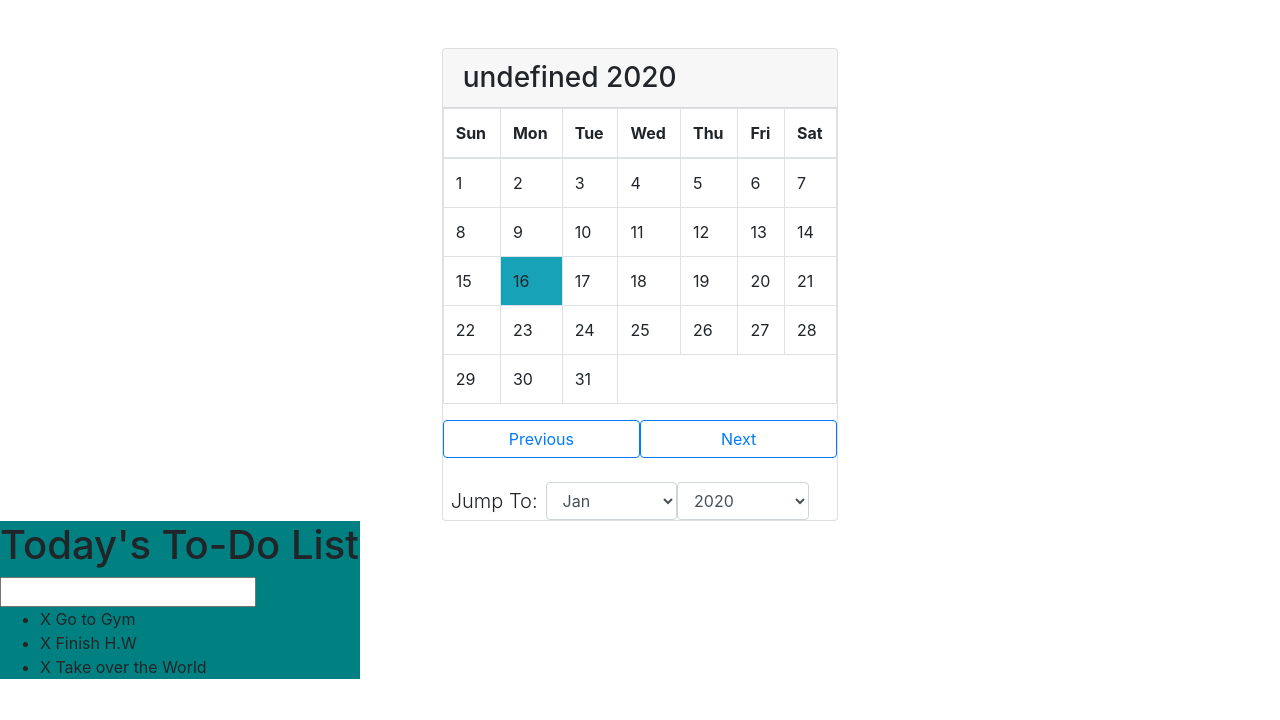
Repository: kkyler24/DayPlanner
Page: Index.html
These files come from the project's save history. The page is drawn as it stood at one moment and after the next save; the edit follows.
The browser window is 1280 px wide. The pictures show the whole page.
Some web libraries are served in a nearby version.

Above is the page before, as saved 2020-03-25 16:28:41.

### Index.html
<!DOCTYPE html>
<html lang="en">
<head>
    <meta charset="UTF-8">
    <meta name="viewport" content="width=device-width, initial-scale=1.0">
    <script type="text/javascript" src="Assets/todoJS/Lib/jquery-3.4.1.min.js" ></script>
    <!-- Style Sheets -->
    <link rel="stylesheet" href="https://maxcdn.bootstrapcdn.com/bootstrap/4.0.0/css/bootstrap.min.css" integrity="sha384-Gn5384xqQ1aoWXA+058RXPxPg6fy4IWvTNh0E263XmFcJlSAwiGgFAW/dAiS6JXm" crossorigin="anonymous">
    <link rel="stylesheet" type="text/CSS" href="Assets/todocss/todostyles.css">
    <link rel="stylesheet"  type="text/CSS" href="style.css">
    <title>Planner</title>
</head>
<body>
<Main>
    <!-- calendar set up -->
<Section>
    <div class="container col-sm-4 col-md-7 col-lg-4 mt-5">
        <div class="card">
            <h3 class="card-header" id="monthAndYear"></h3>
            <table class="table table-bordered table-responsive-md" id="calendar">
                <thead>
                <tr>
                    <th>Sun</th>
                    <th>Mon</th>
                    <th>Tue</th>
                    <th>Wed</th>
                    <th>Thu</th>
                    <th>Fri</th>
                    <th>Sat</th>
                </tr>
                </thead>

                <tbody id="calendar-body">

                </tbody>
            </table>

            <div class="form-inline">

                <button class="btn btn-outline-primary col-sm-6" id="previous" onclick="previous()">Previous</button>

                <button class="btn btn-outline-primary col-sm-6" id="next" onclick="next()">Next</button>
            </div>
            <br/>
            <form class="form-inline">
                <label class="lead mr-2 ml-2" for="month">Jump To: </label>
                <select class="form-control col-sm-4" name="month" id="month" onchange="jump()">
                    <option value=0>Jan</option>
                    <option value=1>Feb</option>
                    <option value=2>Mar</option>
                    <option value=3>Apr</option>
                    <option value=4>May</option>
                    <option value=5>Jun</option>
                    <option value=6>Jul</option>
                    <option value=7>Aug</option>
                    <option value=8>Sep</option>
                    <option value=9>Oct</option>
                    <option value=10>Nov</option>
                    <option value=11>Dec</option>
                </select>


                <label for="year"></label><select class="form-control col-sm-4" name="year" id="year" onchange="jump()">

                <option value=2020>2020</option>
                <option value=2021>2021</option>
                <option value=2022>2022</option>
                <option value=2023>2023</option>
                <option value=2024>2024</option>
                <option value=2025>2025</option>
                <option value=2026>2026</option>
                <option value=2027>2027</option>
                <option value=2028>2028</option>
                <option value=2029>2029</option>
                <option value=2030>2030</option>
                <option value=2030>2030</option>
                <option value=2030>2030</option>
                <option value=2030>2030</option>
                <option value=2030>2030</option>
            </select></form>
        </div>
    </div>
    <!--<button name="jump" onclick="jump()">Go</button>-->

</Section>
<!-- todo list Set up -->
<sectiontwo>
 <div id="ContainerTodo">
<H1>Today's To-Do List</H1>
<input type="text">
<ul>
    <li><span>X</span> Go to Gym</li>
    <li><span>X</span> Finish H.W</li>
    <li><span>X</span> Take over the World</li>
</ul>





 </div>
</sectiontwo>
</Main>
<script src="https://code.jquery.com/jquery-3.2.1.slim.min.js" integrity="sha384-KJ3o2DKtIkvYIK3UENzmM7KCkRr/rE9/Qpg6aAZGJwFDMVNA/GpGFF93hXpG5KkN" crossorigin="anonymous"></script>
<script src="https://cdnjs.cloudflare.com/ajax/libs/popper.js/1.12.9/umd/popper.min.js" integrity="sha384-ApNbgh9B+Y1QKtv3Rn7W3mgPxhU9K/ScQsAP7hUibX39j7fakFPskvXusvfa0b4Q" crossorigin="anonymous"></script>
<script src="https://maxcdn.bootstrapcdn.com/bootstrap/4.0.0/js/bootstrap.min.js" integrity="sha384-JZR6Spejh4U02d8jOt6vLEHfe/JQGiRRSQQxSfFWpi1MquVdAyjUar5+76PVCmYl" crossorigin="anonymous"></script>

<Script type="text/javascript" src="javascript.js"></Script>
<Script type="text/javascript" src="Assets/todo JS/todo.js"></Script>
</body>
</html>

### Assets/todocss/todostyles.css
#ContainerTodo{
  background: teal;
  width: 360px;
  margin-top:auto 0 ;

}

### javascript.js
let today = new Date();
let currentMonth = today.getMonth();
let currentYear = today.getFullYear();
let selectYear = document.getElementById("year");
let selectMonth = document.getElementById("month");


let months = ["January", "February", "March", "April", "May", "June", "July", "August", "September", "October", "November", "December"];

let monthAndYear = document.getElementById("monthAndYear");
showCalendar(currentMonth, currentYear);

function showCalendar(month, year){

    let firstDay =(new Date(year, month)).getDay();
    let daysInMonth = 32- new Date(year, month, 32).getDate();

    // -->body of the Calendar<--
    let tbl = document.getElementById("calendar-body");


// -->clear previous cells, for new month<--
    tbl.innerHTML="";

    monthAndYear.innerHTML= months[months]+" "+ year;

    // --> create cells for Calendar<--
    let date = 1;
    for(let i = 0; i < 6; i++){
        let row  = document.createElement("tr");
        // --> creating table rows. not really sure about the 6 part. inquire why you need a 6 and not a 7-->

        // creating indivdual cells, and putting data in them.

        for(let j = 0; j < 7; j++){
            if(i===0 && j< firstDay){
                let cell = document.createElement("td");
                let cellText = document.createTextNode("");
                cell.appendChild(cellText);
                row.appendChild(cell);
            }
            else if(date > daysInMonth)
             { break;

        }
        else {
            let cell = document.createElement("td");
            let cellText = document.createTextNode(date);
            if(date ===today.getDate() && year === today.getFullYear() && month === today.getMonth()){
                cell.classList.add
                // --> bootstrap colors, try to get a wider variety of colors <--
                ("bg-info");
            }
            cell.appendChild(cellText);
            row.appendChild(cell);


        }
        date++;

        }

        tbl.appendChild(row);

    }

}

function previous(){
    currentYear =( currentMonth === 0)? currentYear -1 : currentYear;
    currentMonth = currentMonth === 0? 11:currentMonth-1;
    showCalendar(currentMonth, currentYear);
}

function next(){
    currentYear = (currentMonth ===11)? currentYear + 1: currentYear;
    currentMonth = (currentMonth + 1) % 12;
    showCalendar (currentMonth, currentYear);

}
// To do list set up

Loaded but not shown: Assets/todo JS/Lib/jquery-3.4.1.min.js (library); style.css (empty); Assets/todo JS/todo.js (no stored copy; drawn as an empty file)

After the next save:
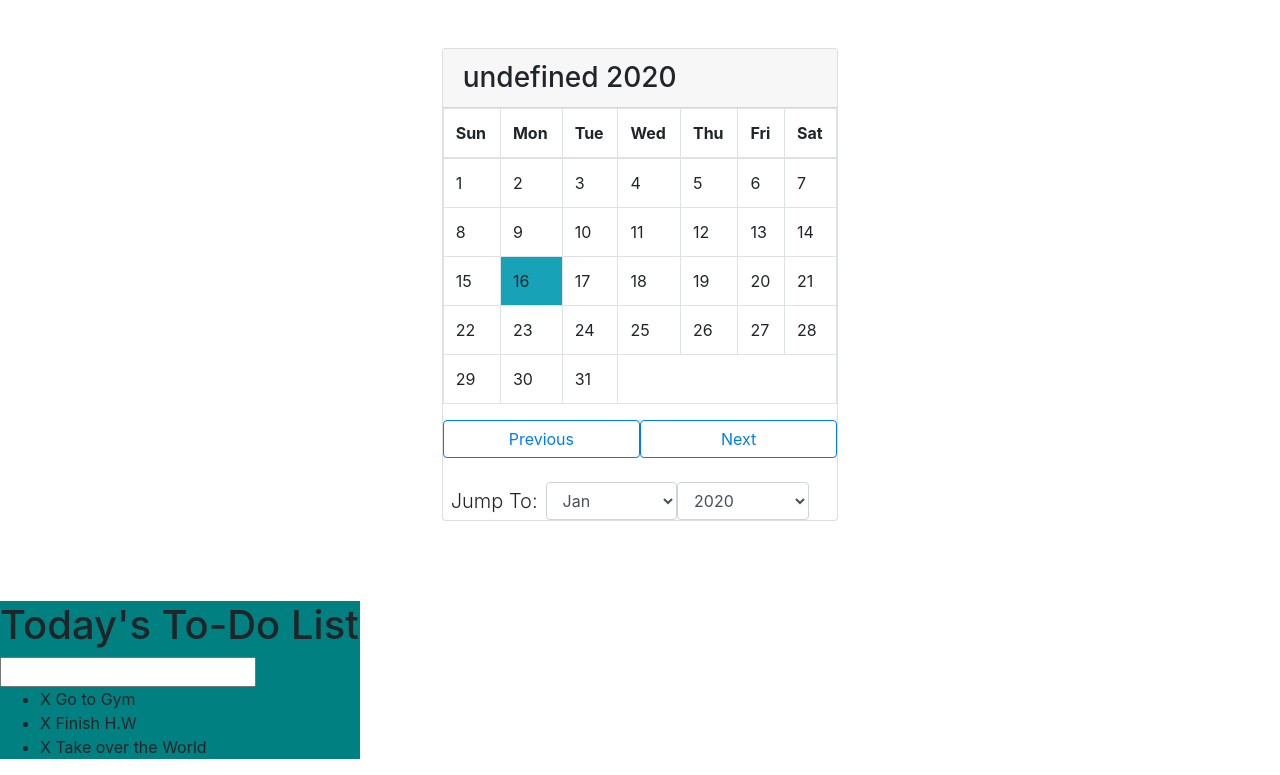
Saved 119 s later.
--- a/Assets/todocss/todostyles.css
+++ b/Assets/todocss/todostyles.css
@@ -1,6 +1,6 @@
 #ContainerTodo{
   background: teal;
   width: 360px;
-  margin-top:auto 0 ;
+  margin-top:5rem ;
 
 }
